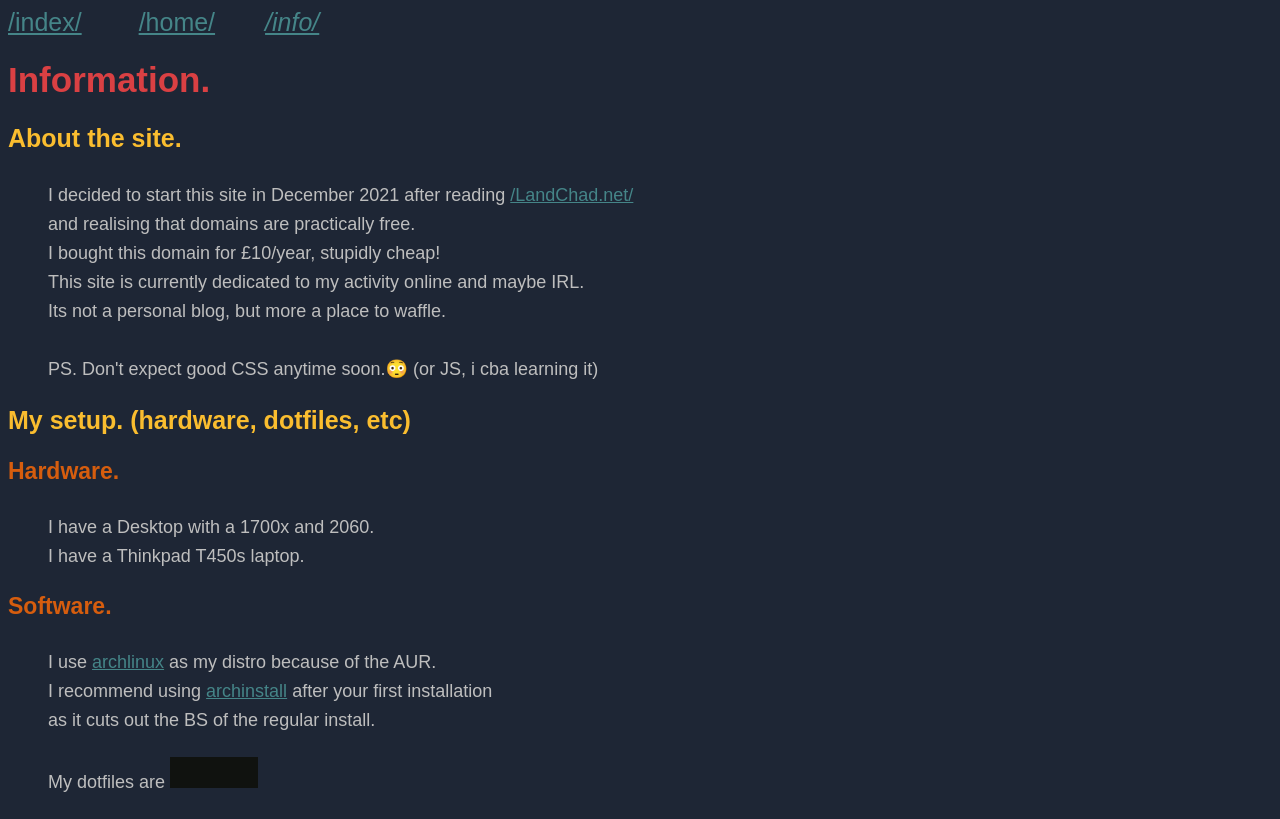
Repository: KieranCrossland/kierancrosslandxyz
Page: info.html
An editor plug-in stored every save of this project. The page is shown before and after the next save, followed by the edit.
The browser window is 1280 px wide. The pictures show the whole page.

Above is the page before, as saved 2022-06-19 02:04:58.

After the next save:
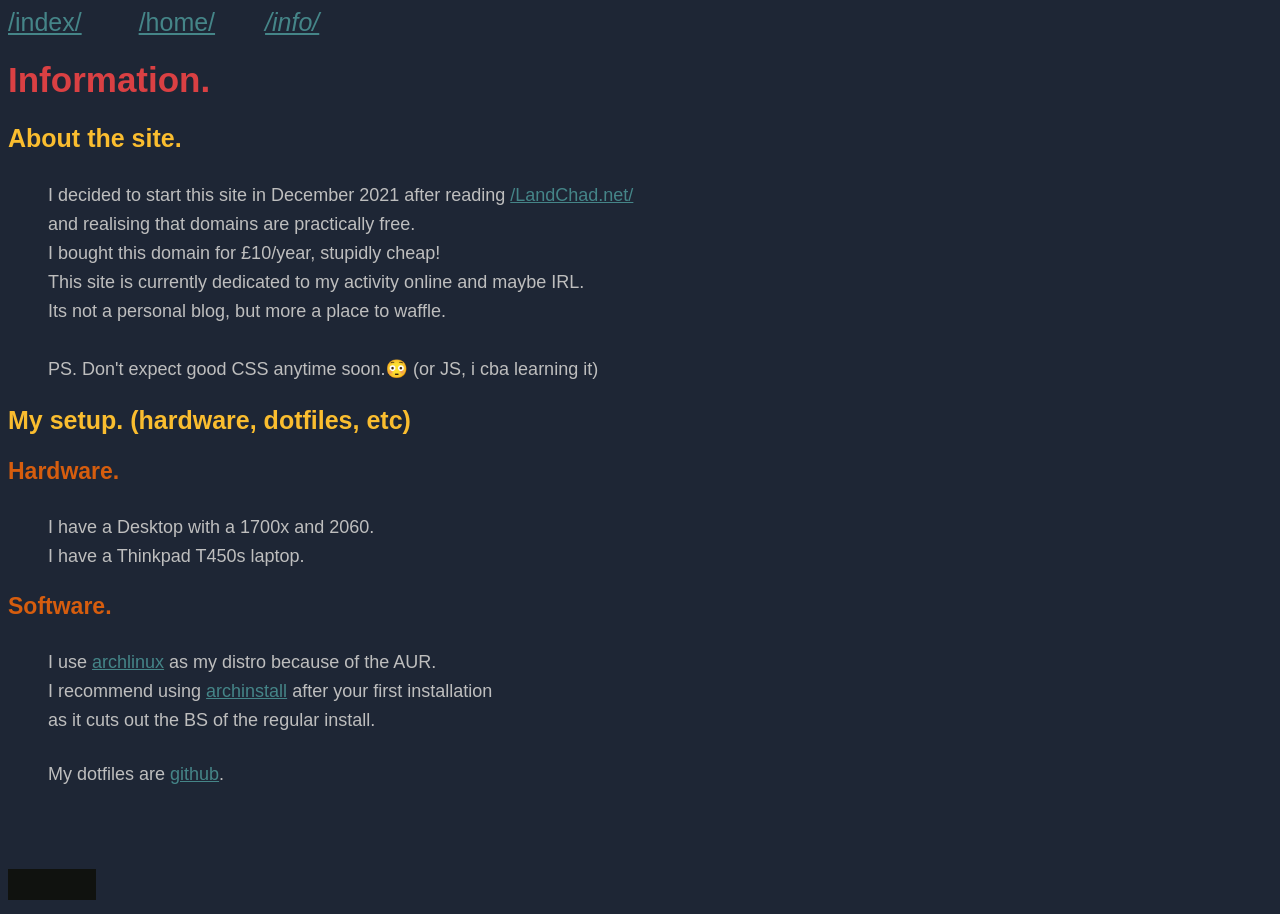
Saved 10 s later.
--- a/info.html
+++ b/info.html
@@ -87,7 +87,7 @@ h3 {
 <h3>Software.</h3>
 <ul><p1>I use <a href="https://archlinux.org/" target="_blank">archlinux</a> as my distro because of the AUR.<br>
   I recommend using <a href="https://wiki.archlinux.org/title/Archinstall" target="_blank">archinstall</a> after your first installation<br>as it cuts out the BS of the regular install. </p1></ul>
-<ul><p1>My dotfiles are <a href="https://github.com/kierancrossland
+<ul><p1>My dotfiles are <a href="https://github.com/kierancrossland target="_blank">github</a>.</p1></ul>
 <br><br><a href="https://landchad.net" target="_blank">
  <img src="img/landchad.gif" width="88px" height="31px" alt=""/>
 
